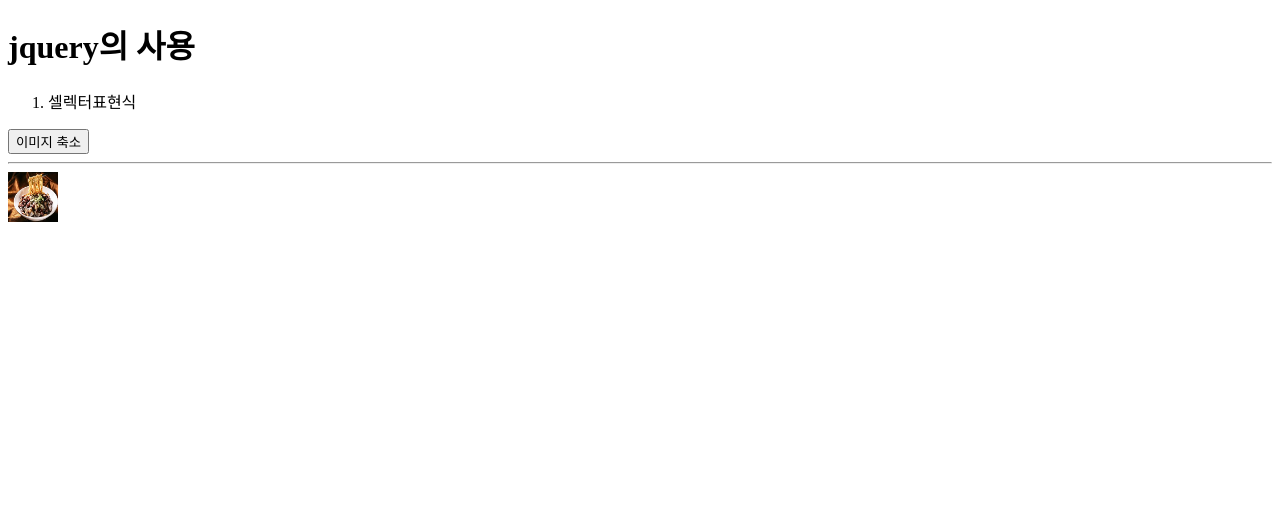
Repository: Junvelop/hkdevelope
Page: Downloads/back_end_edu20240624-master (1)/front_end_20240627/src/main/webapp/4.jq/jq01_환경설정및작성방법.html
An editor plug-in stored every save of this project. The page is shown before and after the next save, followed by the edit.
The browser window is 1280 px wide. The pictures show the whole page.
After loading, the first visible `button` was clicked once.

Above is the page before, as saved 2024-09-02 01:33:56.

### Downloads/back_end_edu20240624-master (1)/front_end_20240627/src/main/webapp/4.jq/jq01_환경설정및작성방법.html
<!DOCTYPE html>
<html>
<head>
<meta charset="EUC-KR">
<title>Insert title here</title>
<!-- CDN 방식 -->
<script type = "text/javascript" src = "https://code.jquery.com/jquery-latest.js">

</script>

<script type = "text/javascript">
 $(function(){ // js에서 onload=function(){}와 같은 기능임
	 //설정 : 내부파일 링크, url 링크 (CDN):네트워크 상황이 좋아야 쓰기 좋음
//	alert("Hello JQuery~~~");

	 // 작성방법 : $라는 특수문자를 사용한다. $의 의미 : jquery()이 기능을 $() 구현할 수 있게 해놓음
/*
 * 	 js : load 이벤트 작성 => onload = function(){}
 	 jq   ===============> $(function(){}) 1번 방법

 */
 });
</script>

<script type ="text/javascript">
function imgSize(){
	var imgJS = document.querySelectorAll("div > img"); // js 코드의 경우
	var imgJQ = $("div > img"); //img 요소 객체 생성 제이쿼리로

	imgJQ.css("width","50px"); //imgJS.style.width = 50px;
	imgJQ.css("height","50px");
}

</script>
</head>
<body>
<h1>jquery의 사용</h1>
<ol>
	<li>셀렉터표현식</li>
</ol>
<button onclick = "imgSize()">이미지 축소</button>
<hr/>
<div><img src = "../3.js/img/0.jpg" alt = "음식사진"/></div>
</body>
</html>

After the next save:
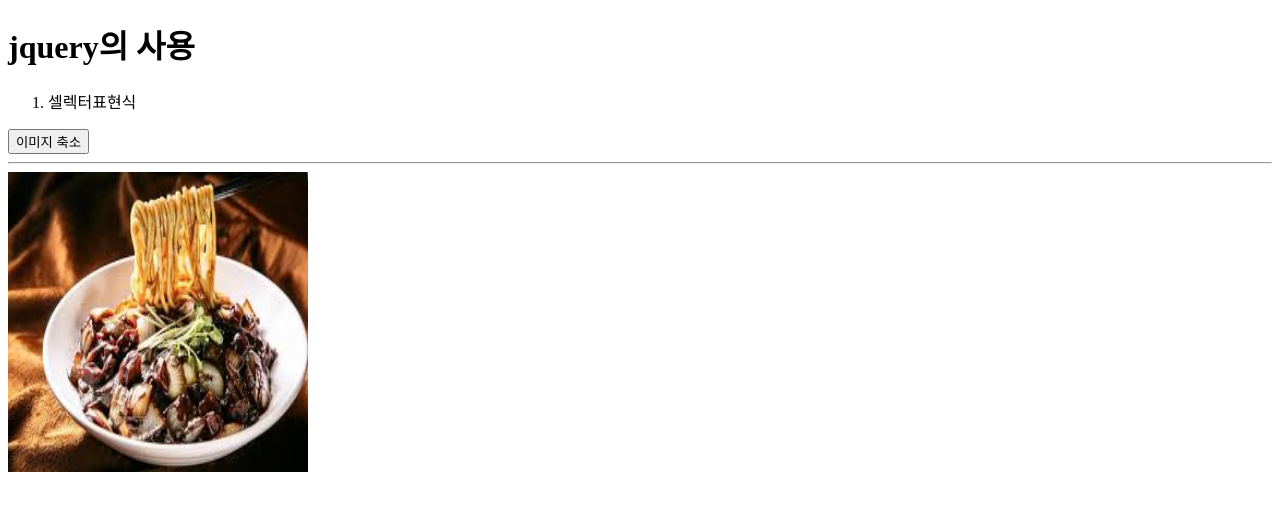
Saved 80 s later.
--- a/Downloads/back_end_edu20240624-master (1)/front_end_20240627/src/main/webapp/4.jq/jq01_환경설정및작성방법.html
+++ b/Downloads/back_end_edu20240624-master (1)/front_end_20240627/src/main/webapp/4.jq/jq01_환경설정및작성방법.html
@@ -27,8 +27,9 @@ function imgSize(){
 	var imgJS = document.querySelectorAll("div > img"); // js 코드의 경우
 	var imgJQ = $("div > img"); //img 요소 객체 생성 제이쿼리로
 
-	imgJQ.css("width","50px"); //imgJS.style.width = 50px;
+	imgJQ.css("width","50px");  //imgJS.style.width = 50px;
 	imgJQ.css("height","50px");
+	imgJQ.css({"width" : "300px", "height":"300px"}); //json형식으로 한번에 정의할 수도 있음
 }
 
 </script>
